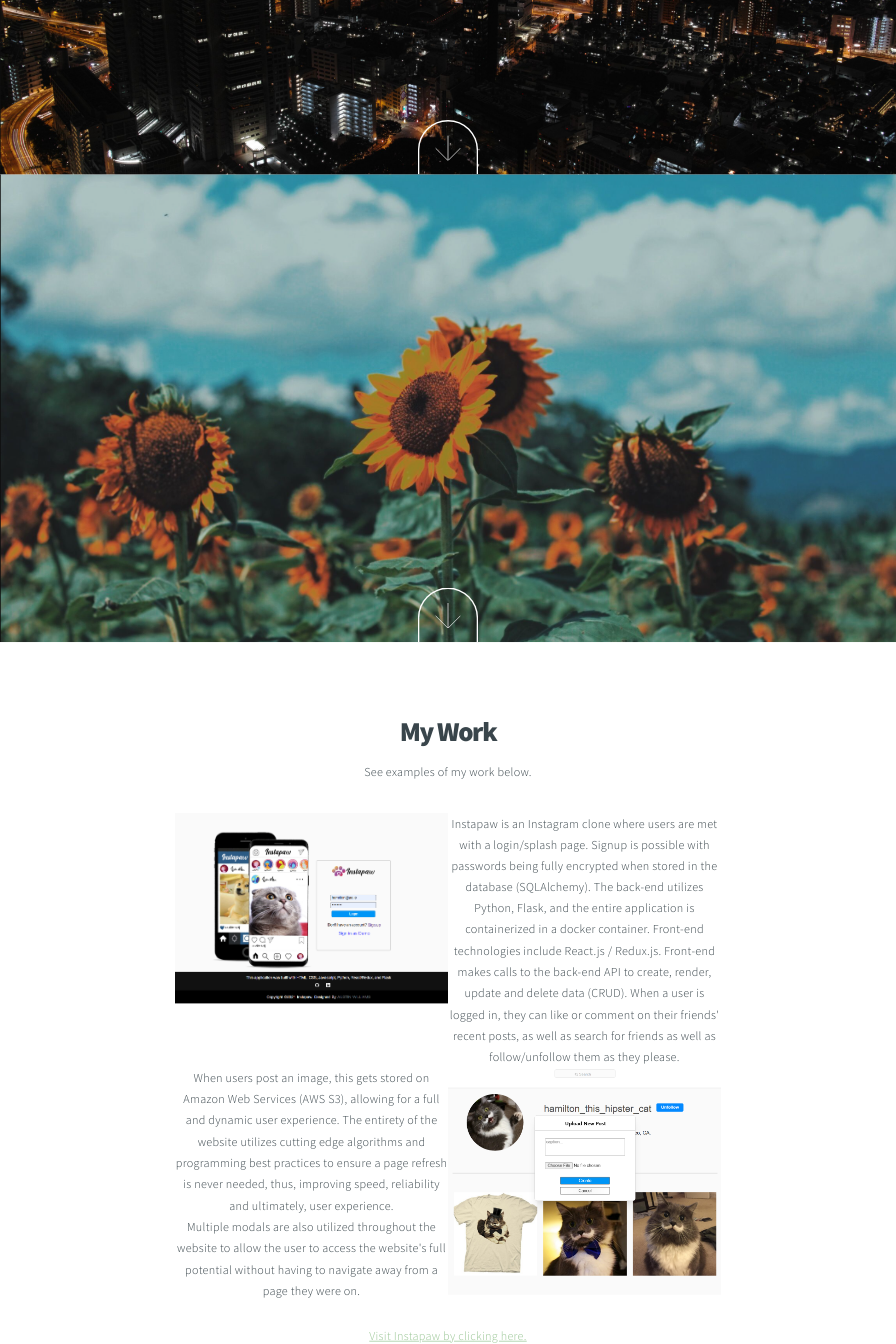
Repository: AustinW24/AustinW24.github.io
Page: index.html
The author's editor kept a copy of each file at every save. The page is drawn from the files as they stood at one save, then again after the next save.
The browser window is 1280 px wide. The pictures show the part of the page from y = 1138 to 3058 px (the page is 4398 px tall before and 4407 px after), at 70% of full size.
Backgrounds fixed to the window are drawn as part of the page.

Above is the page before, as saved 2021-12-27 15:52:16.

### index.html
<!DOCTYPE HTML>
<!--
	Big Picture by HTML5 UP
	html5up.net | @ajlkn
	Free for personal and commercial use under the CCA 3.0 license (html5up.net/license)
-->
<html>

<head>
    <title>Austin Williams</title>
    <meta charset="utf-8" />
    <meta name="viewport" content="width=device-width, initial-scale=1, user-scalable=no" />
    <link rel="stylesheet" href="assets/css/main.css" />
    <noscript>
        <link rel="stylesheet" href="assets/css/noscript.css" />
    </noscript>
</head>

<body class="is-preload">

    <!-- Header -->
    <header id="header">
        <h1>Austin Williams</h1>
        <nav>
            <ul>
                <li><a href="#intro">Intro</a></li>
                <li><a href="#one">What I Do</a></li>
                <li><a href="#two">Who I Am</a></li>
                <li><a href="#work">My Work</a></li>
                <li><a href="#contact">Contact</a></li>
            </ul>
        </nav>
    </header>

    <!-- Intro -->
    <section id="intro" class="main style1 dark fullscreen">
        <div class="content">
            <header>
                <h2 id="myname" style=" text-shadow:
                        0.06em 0 rgb(0, 0, 0),
                        0 0.06em rgb(0, 0, 0),
                        -0.06em 0 rgb(48, 48, 48),
                        0 -0.06em rgb(51, 51, 51);
                        ">Austin Williams</h2>
            </header>
            <p style="color: rgb(0, 0, 0) ;
                    font-size: 1.2rem;
                    text-shadow:
                        0.06em 0 rgb(0, 0, 0),
                        0 0.06em rgb(0, 0, 0),
                        ">I am a Full Stack Software Engineer.<br />
                I've worked on everything from from back-end servers, databases,
                API's,<br /> to front-end responsive and great looking webpages,<br />
                putting it all together into a sweet package to make a great and seamless user experience.
            </p>
            <footer>
                <a href="#one" class="button style2 down">More</a>
            </footer>
        </div>
    </section>

    <!-- One -->
    <section id="one" class="main style2 right dark fullscreen">
        <div class="content box style2">
            <header>
                <h2  style="font-size: 22px">What I Do</h2>
            </header>
            <img id="my-pic" src="images/self2.jpg"></img>
            <p>I've worked and applied to several of my projects; JavaScript, HTML5, CSS3, React.JS/Redux, JQuery,
                Python, Flask, PostgreSQL, SQLAlchemy, Node.JS, Git. I have also
                created and incorporated APIs, have used and implemented Amazon Web Services (AWS),
                and I am always expanding my skill set to be a better version of myself than yesterday. <a
                    href="/images/copyofresume.pdf" target="_blank">View my full resume here.</a>
            </p>
        </div>
        <a href="#two" class="button style2 down anchored">Next</a>
    </section>

    <!-- Two -->
    <section id="two" class="main style2 left dark fullscreen" style="max-height: 100vh">
        <div class="content box style2" style="min-width: 700px; margin-bottom: 60px">
            <header>
                <h2 style="font-size: 16px">Who I Am</h2>
            </header>
            <img id="my-pic" src="images/dogs.jpg"></img>
            <p style="font-size:14px">I come from a medical background being a Surgical Technologist working in high
                stress environments that required extreme attention to detail. I was browsing the internet one day after
                being furloughed and came upon a Harvard ad for python and was immediately enamoured!
                I resigned ASAP to be the < 3% of people to be accepted into App Academy's 6 month immersive full-stack
                    program. I've logged over 2000+ hours learning and applying technologies you see above while working
                    as a solo developer and team player. My strengths are a direct result from the joy I get from
                    building something from the ground up, and bridging the gap between conceptualization and a tangible
                    product whether it's planning and design or testing and deploying. </p>
        </div>
        <a href="#work" class="button style2 down anchored">Next</a>
    </section>

    <!-- Work -->
    <section id="work" class="main style3 primary">
        <div class="content">
            <header>
                <h2>My Work</h2>
                <p>See examples of my work below.</p>
            </header>

            <!-- Gallery  -->
            <div>
                <div class="gallery">
                    <article class="from-left">
                        <a href="images/instapawlogin.PNG" class="image fit"><img src="images/instapawlogin.PNG"
                                title="Instapaw" alt="" /></a>
                    </article>
                    <article class="from-right">
                        Instapaw is an Instagram clone where users are met with a login/splash page.
                        Signup is possible with passwords being fully encrypted when stored in the
                        database (SQLAlchemy). The back-end utilizes Python, Flask, and the entire application
                        is containerized in a docker container. Front-end technologies include
                        React.js / Redux.js. Front-end makes calls to the back-end API to create, render, update and
                        delete data (CRUD).
                        When a user is logged in, they can like or comment on their
                        friends' recent posts, as well as search for friends as well as follow/unfollow them as they
                        please.

                    </article>
                    <article class="from-left">
                        When users post an image, this gets stored on Amazon Web Services (AWS S3), allowing for
                        a full and dynamic user experience. The entirety of the website utilizes cutting edge
                        algorithms and programming best practices to ensure a page refresh is never needed, thus,
                        improving speed, reliability and ultimately, user experience.<br />
                        Multiple modals are also utilized throughout the website to allow the user to access the
                        website's
                        full potential without having to navigate away from a page they were on.
                    </article>
                    <article class="from-right">
                        <a href="images/instapawupload.PNG" class="image fit"><img src="images/instapawupload.PNG"
                                title="Instafake" alt="" /></a>
                    </article>
                </div>
                <div><a href="https://instapaw.herokuapp.com/" target="_blank">Visit Instapaw by clicking here.</a>
                </div>
            </div>

            <br />
            <br />
            <br />

            <div>
                <div class="gallery">
                    <article class="from-left">
                        <a href="images/revuplogin.PNG" class="image fit"><img src="images/revuplogin.PNG"
                                title="Rev Up" alt="" /></a>
                    </article>
                    <article class="from-right">
                        Rev Up is a mix between Meetup and Eventbrite, but for cars and bikes! The back-end utilizes
                        Node.js, Python, and Flask-SQLAlchemy. The front-end
                        utilizes React.js/Redux.js and makes calls to the back-end API to create, render, update and
                        delete data(CRUD).
                        <br />
                        This website utilizes WTForms on back-end routes for authentication and blocks non-logged in
                        users from accessing endpoints with the help of it's validators.

                    </article>
                    <article class="from-left">
                        On arrival, users must be logged in or create an account to go further.
                        <br />When a user creates an event or RSVP's an event, the type of event with a link to the
                        posting will be available on the user's calendar for the date it's scheduled. Thanks to
                        React/Redux, as well
                        as the most cutting edge algorithms and programming best practices, the entirety of the website
                        can be utilized to it's full potential without ever needing a page refresh. This ensures speed,
                        reliability and ultimately a great user experience.
                    </article>
                    <article class="from-right">
                        <a href="images/eventscalendar.jpg" class="image fit"><img src="images/eventscalendar.jpg"
                                title="Rev Up" alt="" /></a>
                    </article>
                </div>
                <div><a href="https://rev-up.herokuapp.com/" target="_blank">Visit Rev Up by clicking here.</a></div>
            </div>

        </div>
    </section>

    <!-- Contact -->
    <section id="contact" class="main style3 secondary">
        <div class="content">
            <header>
                <h2>Say Hello!</h2>
                <p>Email me at austinwill264@gmail.com <br />
                    or contact me on <a href="https://www.linkedin.com/in/austin-williams-44a6a21b8/"
                        target="_blank">LinkedIn</a>
                </p>
            </header>
            <!-- <div class="box">
						<form method="post" action="#">
							<div class="fields">
								<div class="field half"><input type="text" name="name" placeholder="Name" /></div>
								<div class="field half"><input type="email" name="email" placeholder="Email" /></div>
								<div class="field"><textarea name="message" placeholder="Message" rows="6"></textarea></div>
							</div>
							<ul class="actions special">
								<li><input type="submit" value="Send Message" /></li>
							</ul>
						</form>
					</div> -->
        </div>
    </section>

    <!-- Footer -->
    <footer id="footer">

        <!-- Icons -->
        <ul class="icons">
            <li><a href="https://www.linkedin.com/in/austin-williams-44a6a21b8/" target="_blank"
                    class="icon brands fa-linkedin-in"><span class="label">LinkedIn</span></a></li>
            <li><a href="https://github.com/AustinW24" target="_blank" class="icon brands fa-github"><span
                        class="label">Github</span></a></li>
        </ul>

        <!-- Menu -->
        <ul class="menu">
            <li>&copy; Austin Williams</li>
        </ul>

    </footer>

    <!-- Scripts -->
    <script src="assets/js/jquery.min.js"></script>
    <script src="assets/js/jquery.poptrox.min.js"></script>
    <script src="assets/js/jquery.scrolly.min.js"></script>
    <script src="assets/js/jquery.scrollex.min.js"></script>
    <script src="assets/js/browser.min.js"></script>
    <script src="assets/js/breakpoints.min.js"></script>
    <script src="assets/js/util.js"></script>
    <script src="assets/js/main.js"></script>

</body>

</html>

Loaded but not shown: assets/css/fontawesome-all.min.css (library); assets/js/jquery.min.js (library); assets/js/jquery.poptrox.min.js (library); assets/js/jquery.scrolly.min.js (common file); assets/js/jquery.scrollex.min.js (common file); assets/js/browser.min.js (common file); assets/js/breakpoints.min.js (common file); assets/js/util.js (587 lines, source omitted); assets/js/main.js (219 lines, source omitted); assets/css/main.css (2352 lines, source omitted)

After the next save:
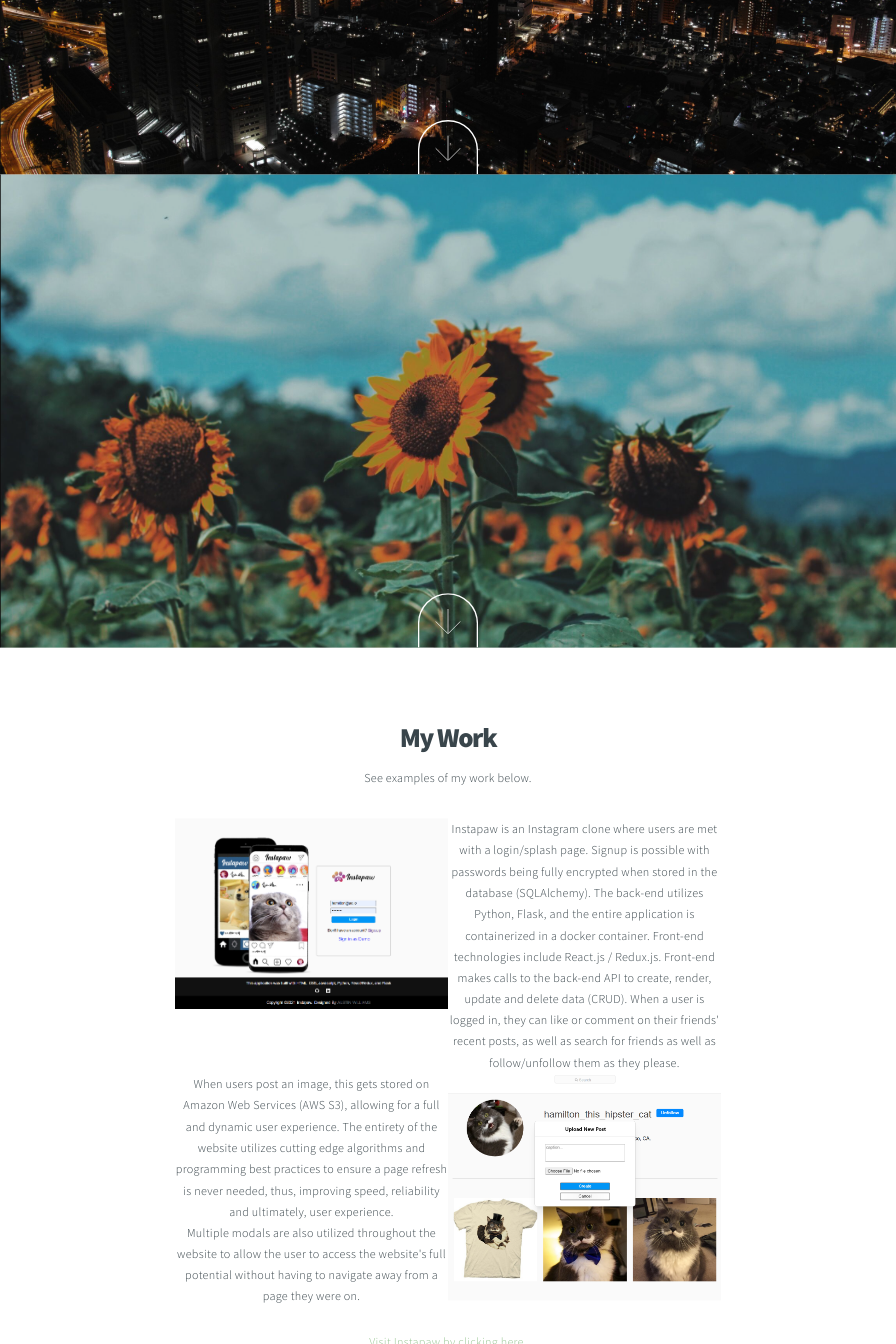
Saved 5 s later.
--- a/index.html
+++ b/index.html
@@ -78,7 +78,7 @@
 
     <!-- Two -->
     <section id="two" class="main style2 left dark fullscreen" style="max-height: 100vh">
-        <div class="content box style2" style="min-width: 700px; margin-bottom: 60px">
+        <div class="content box style2" style="min-width: 700px; margin-bottom: 80px">
             <header>
                 <h2 style="font-size: 16px">Who I Am</h2>
             </header>
